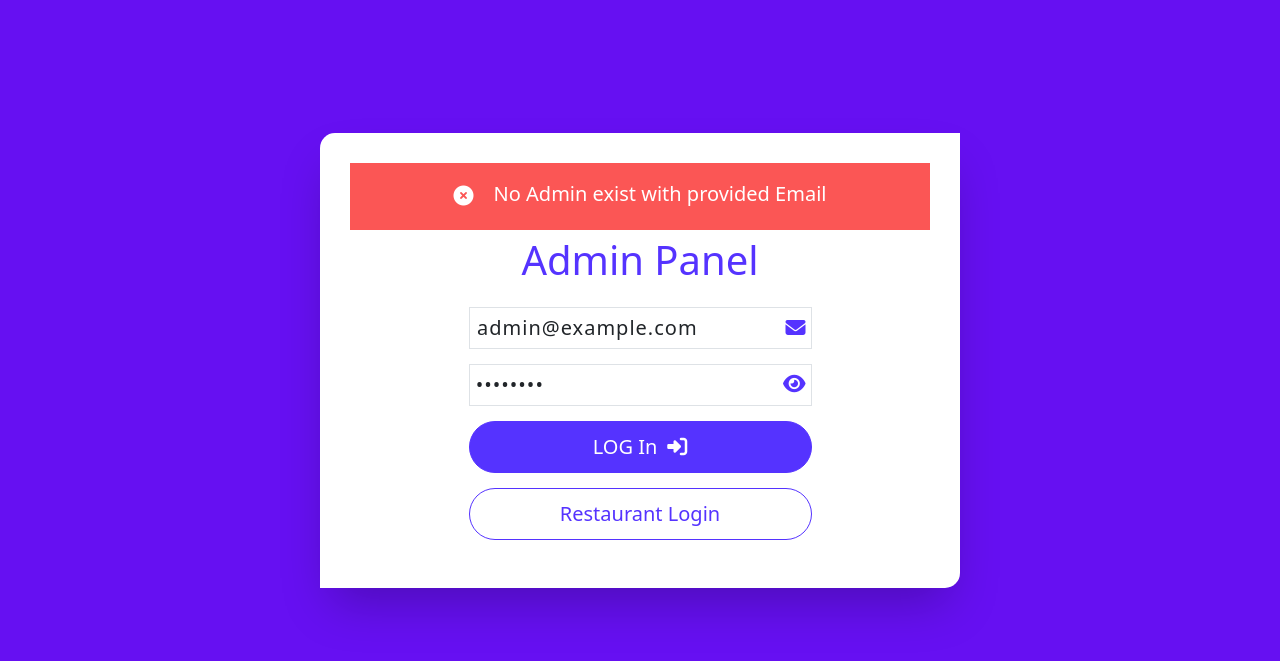
Repository: FlyweisReact/GopalAdminPanel
Page: /
An editor plug-in stored every save of this project. The page is shown before and after a run of saves, followed by the edit.
The browser window is 1280 px wide. The pictures show the whole page.
Some web libraries are served in a nearby version. The project was rebuilt for these pictures with package versions that can differ from the ones it lists, and the page was loaded fresh each time. Also part of the build but not shown: src/components/pages/Dashboard.jsx, src/vendorPanel/components/Auth.jsx, src/components/BaseUrl.jsx, src/components/pages/products/Products.jsx, src/components/pages/categories/Categories.jsx, src/components/pages/banner/Banner.jsx, src/components/pages/orders/Orders.jsx, src/components/pages/terms/Terms.jsx and 50 more. Imported but missing from the stored project, and not drawn on this page: src/components/layout/HOC.

Above is the page before, as saved 2023-04-03 13:11:10.

### public/index.html
<!DOCTYPE html>
<html lang="en">
  <head>
    <meta charset="utf-8" />
    <!-- <link rel="icon" href="%PUBLIC_URL%/favicon.png" /> -->
    <meta name="viewport" content="width=device-width, initial-scale=1" />
    <meta name="theme-color" content="#000000" />
    <meta
      name="description"
      content="Web site created using create-react-app"
    />
    <link rel="apple-touch-icon" href="%PUBLIC_URL%/favicon.ico?v=2" />

    <link rel="manifest" crossorigin="use-credentials" href="%PUBLIC_URL%/manifest.json" />
    <link href="https://fonts.googleapis.com/icon?family=Material+Icons" rel="stylesheet">
    <title>Direct Admin</title>
      <link rel="stylesheet" href="https://maxcdn.bootstrapcdn.com/bootstrap/3.4.1/css/bootstrap.min.css">
      <script src="https://ajax.googleapis.com/ajax/libs/jquery/3.6.0/jquery.min.js"></script>
      <script src="https://maxcdn.bootstrapcdn.com/bootstrap/3.4.1/js/bootstrap.min.js"></script>
      <script src="https://kit.fontawesome.com/d0cfefe1dc.js" crossorigin="anonymous"></script>
  </head>
  <body>
    <noscript>You need to enable JavaScript to run this app.</noscript>
    <div id="root"></div>
    <script src="https://code.jquery.com/jquery-3.6.0.min.js"></script>
    <script src="https://kit.fontawesome.com/b533b351e4.js" crossorigin="anonymous"></script>
  </body>
</html>

### src/index.js
import React from "react";
import ReactDOM from "react-dom/client";
import "./index.css";
import App from "./App";
import { BrowserRouter } from "react-router-dom";
import 'bootstrap/dist/css/bootstrap.min.css';

const root = ReactDOM.createRoot(document.getElementById("root"));
root.render(
  <React.StrictMode>
    <BrowserRouter>
      <App />
    </BrowserRouter>
  </React.StrictMode>
);

### src/index.css
/** @format */

@tailwind base;
@tailwind components;
@tailwind utilities;

body {
  margin: 0;
  font-family: -apple-system, BlinkMacSystemFont, "Segoe UI", "Roboto", "Oxygen",
    "Ubuntu", "Cantarell", "Fira Sans", "Droid Sans", "Helvetica Neue",
    sans-serif;
  -webkit-font-smoothing: antialiased;
  -moz-osx-font-smoothing: grayscale;
}

code {
  font-family: source-code-pro, Menlo, Monaco, Consolas, "Courier New",
    monospace;
}

/* Wcomponents */
.wcomp::-webkit-scrollbar {
  width: 0px;
}
::-webkit-scrollbar {
  width: 0px;
}

.cancel-pol h1 {
  text-align: center;
}

.cancel-pol p {
  margin-top: 200px;
  text-align: center;
  color: rgb(216, 48, 48);
}

.buttonClass {
  width: 100%;
  border-radius: 50px;
  padding: 10px;
  color: rgb(85, 51, 255);
  font-size: 20px;
  border: 1px solid rgb(85, 51, 255);
  transition: 0.5s;
}
.buttonClass:hover {
  color: #fff;
  background-color: rgb(85, 51, 255);
}
.buttonClass2 {
  width: 100%;
  border-radius: 50px;
  padding: 10px;
  color: #0d9488;
  font-size: 20px;
  border: 1px solid #0d9488;
  transition: 0.5s;
}
.buttonClass2:hover {
  color: #fff;
  background-color: #0d9488;
}
.button2 {
  background-color: rgb(85, 51, 255);
  width: 100%;
  border-radius: 50px;
  padding: 10px;
  color: #fff;
  font-size: 20px;
  border: 1px solid rgb(85, 51, 255);
  transition: 0.5s;
}
.button2:hover {
  color: rgb(85, 51, 255);
  background-color: #fff;
}
.button3 {
  background-color: #0d9488;
  width: 100%;
  border-radius: 50px;
  padding: 10px;
  color: #fff;
  font-size: 20px;
  border: 1px solid #0d9488;
  transition: 0.5s;
}
.button3:hover {
  color: #0d9488;
  background-color: #fff;
}

.main-cont {
  display: grid;
  grid-template-columns: auto auto auto;
  justify-content: space-evenly;
  gap: 20px;
  margin-top: 20px;
}
.main-cont div {
  width: 300px;
}

.centerModal{
  position: absolute;
  top: 50%;
  left: 50%;
  transform: translate(-50%, -50%);
  width: 500px;
  height: 300px;
  background-color: #fff;
  box-shadow: rgba(0, 0, 0, 0.35) 0px 5px 15px;
  color: #000;
  padding: 20px;
}
.centerModal div p {
  font-size: 16px;
}
.centerModal div input {
  width: 100%;
  border: 1px solid black;
  padding: 10px;
  font-size: 14px;
  outline: none;
}
.centerModal div select {
  width: 100%;
  border: 1px solid black;
  padding: 10px;
  font-size: 14px;
  margin-top: 10px;
  outline: none;
}
.centerModal button{
  font-size: 16px;
  margin-top: 20px;
}

.alertDiv{
  width: 100%;
  display: flex;
  gap: 20px;
  align-items: center;
  justify-content: center;
  border: 1px solid #fb5655 ;
  background-color: #fb5655;
  padding: 10px;

}
.alertDiv i{
  color: #fff;
  font-size: 20px;
}
.alertDiv p{
  font-size: 20px;
  color: #fff;
  padding-top: 5px;
}

### src/App.js
import { Routes, Route } from "react-router-dom";
import Login from "./components/forms/Login";
import Dashboard from "./components/pages/Dashboard";
import { ToastContainer } from "react-toastify";
import "react-toastify/dist/ReactToastify.css";
import Products from "./components/pages/products/Products";
import Categories from "./components/pages/categories/Categories";
import Banner from "./components/pages/banner/Banner";
import Orders from "./components/pages/orders/Orders";
import Terms from "./components/pages/terms/Terms";
import Privacy from "./components/pages/privacyPolicy/Privacy";
import Support from "./components/pages/support/Support";
import Wishlist from "./components/pages/wishlist/Wishlist";
import AddProduct from "./components/pages/products/AddProduct";
import VendorLogin from "./vendorPanel/components/forms/VendorLogin.jsx";
import VendorProducts from "./vendorPanel/components/pages/products/VendorProducts";
import VendorCategories from "./vendorPanel/components/pages/categories/VendorCategories";
import VendorOrders from "./vendorPanel/components/pages/orders/VendorOrders";
import VendorSupport from "./vendorPanel/components/pages/support/VendorSupport";
import Commission from "./vendorPanel/components/pages/commission/Commission";
import VendorReports from "./vendorPanel/components/pages/reports/VendorReports";
import VendorComplaints from "./vendorPanel/components/pages/complaints/VendorComplaints";
import VendorComments from "./vendorPanel/components/pages/comments/VendorComments";
import VendorTransactions from "./vendorPanel/components/pages/transactions/VendorTransactions";
import VendorUsers from "./vendorPanel/components/pages/users/VendorUsers";
import VendorDashboard from "./vendorPanel/components/pages/VendorDashboard";
import VendorPrivacy from "./vendorPanel/components/pages/privacyPolicy/VendorPrivacy";
import VendorFavorites from "./components/pages/favorites/VendorFavorites";
import CouponsDiscount from "./vendorPanel/components/pages/couponsDiscount/CouponsDiscount";
import Forgot from "./components/forms/Forgot";
import Vendors from "./components/pages/vendors/Vendors";
import VerifyOtp from "./components/forms/VerifyOtp";
import VendorAddProduct from "./vendorPanel/components/pages/products/VendorAddProduct";
import VendorViewProduct from "./vendorPanel/components/pages/products/VendorViewProduct";
import Payment2 from "./components/pages/paymentGateway/payment2";
import Payment3 from "./components/pages/paymentGateway/payment3";
import Notification from "./components/pages/notifications";
import Setting from "./components/pages/setting/Setting";
import Coupon from "./components/pages/coupons/Coupon";
import Signup from "./components/pages/SignUP/Signup";
import Profile from "./components/pages/profileUpdate/Profile";
import Restaurant from "./components/pages/Restaurant/Restaurant";
import Restaurantby from "./components/pages/Restaurant/Restaurantby";
import Dishes from "./components/pages/Dishes/Dishes";
import AboutUs from "./components/pages/aboutus/AboutUs";
import Users from "./components/pages/users/Users";
import ViewOrder from "./components/pages/orders/ViewOrder";
import UserTransactions from "./components/pages/orders/UserTransactions";
import PlanType from "./vendorPanel/components/pages/planType";
import MealType from "./vendorPanel/components/pages/mealType";
import VendorDishes from "./vendorPanel/components/pages/vendorDishes";
import VendorNotification from "./vendorPanel/components/pages/vendorNotification";
import CateringServices from "./components/pages/cateringServices";
import DeliveryAgents from "./components/pages/deliveryAgents";
import AdminBanner from "./components/pages/AdminBanner";
import AdminMeal from "./components/pages/AdminMeal";

function App() {

  return (
    <>
      <ToastContainer />

      <Routes>
        <Route path="/" element={<Login />} />
        <Route path="/admin/banner" element={<AdminBanner />} />
        <Route path="/dashboard" element={<Dashboard />} />
        <Route path="/orders" element={<Orders />} />
        <Route path="/admin/meals" element={<AdminMeal />} />
        <Route path="/dishes" element={<Dishes />} />
        <Route path="/payment" element={<Payment2 />} />
        <Route path="/banners" element={<Banner />} />
        <Route path="/setting" element={<Setting />} />
        <Route path="/notifications" element={<Notification />} />
        <Route path="/deliveryAgents" element={<DeliveryAgents />} />






        <Route path="/forgotPassword" element={<Forgot />} />
        <Route path="/verifyOtp" element={<VerifyOtp />} />
        <Route path="/vendors" element={<Vendors />} />
        <Route path="/products" element={<Products />} />
        <Route path="/:id/categories" element={<Categories />} />
        <Route path="/terms" element={<Terms />} />
        <Route path="/privacyPolicy" element={<Privacy />} />
        <Route path="/support" element={<Support />} />
        <Route path="/wishlist" element={<Wishlist />} />
        <Route path="/addProduct" element={<AddProduct />} />
        <Route path="/payment-3" element={<Payment3 />} />
        <Route path="/restaurant/:id/coupons" element={<Coupon />} />
        <Route path="/signup" element={<Signup />} />
        <Route path="/profile" element={<Profile />} />
        <Route path="/restaurants" element={<Restaurant />} />
        <Route path="/Restaurantby/:id" element={<Restaurantby />} />
        <Route path="/:id/dishes" element={<Dishes />} />
        <Route path="/about-us" element={<AboutUs />} />
        <Route path="/users" element={<Users />} />
        <Route path="/vieworder/:id" element={<ViewOrder />} />
        <Route path="/usertransactions/:id" element={<UserTransactions />} />



         {/* /restaurant/:id/coupons */}

        {/* ---------------Vendor Panel----------------------- */}
        <Route path="/vendorLogin" element={<VendorLogin />} />
        <Route path="/vendorDashboard" element={<VendorDashboard />} />
        <Route path="/vendorCoupons" element={<CouponsDiscount />} />


        <Route path="/vendorProducts" element={<VendorProducts />} />
        <Route path="/vendorViewProduct/:id" element={<VendorViewProduct />} />
        <Route path="/vendorAddProduct" element={<VendorAddProduct />} />
        <Route path="/vendorCategories" element={<VendorCategories />} />
        <Route path="/vendorOrders" element={<VendorOrders />} />
        <Route path="/vendorSupport" element={<VendorSupport />} />
        <Route path="/commission" element={<Commission />} />
        <Route path="/vendorReports" element={<VendorReports />} />
        <Route path="/vendorComplaints" element={<VendorComplaints />} />
        <Route path="/vendorComments" element={<VendorComments />} />
        <Route path="/vendorTransactions" element={<VendorTransactions />} />
        <Route path="/vendorUsers" element={<VendorUsers />} />
        <Route path="/vendorPrivacy" element={<VendorPrivacy />} />
        <Route path="/vendorFavorites" element={<VendorFavorites />} />
        <Route path="/vendorCommission" element={<Commission />} />
        <Route path="/vendorPlanType" element={<PlanType />} />
        <Route path="/vendorMealType" element={<MealType />} />
        <Route path="/vendorDishes" element={<VendorDishes />} />
        <Route path="/vendorNotification" element={<VendorNotification />} />
        <Route path="/cateringServices" element={<CateringServices />} />
      </Routes>
    </>
  );
}

export default App;

### src/components/forms/Login.jsx
/** @format */

import React, { useState } from "react";
import { Formik, Form, Field } from "formik";
import axios from "axios";
import { useNavigate } from "react-router-dom";
import { toast } from "react-toastify";
import { Oval } from "react-loader-spinner";
import { Alert } from "react-bootstrap";

const Login = () => {
  const [pass, setPass] = useState(false);
  const [inputpass, setInputpass] = useState(false);
  const navigate = useNavigate();
  const [loading, setLoading] = useState(false);
  const [error, setError] = useState(false);

  const login = async (values) => {
    setLoading(true);
    const url =
      "https://b7w3czz0m2.execute-api.ap-south-1.amazonaws.com/development/api/admin/login";

    try {
      const res = await axios.post(url, values);
      localStorage.setItem("direct", res.data.token);
      setLoading(false);
      navigate("/dashboard");
      toast.success("Welcome");
    } catch (err) {
      setError(true);
      console.log(err);
      setLoading(false);
    }
  };

  return (
    <>
      <div
        className="w-full h-screen flex flex-col justify-center items-center "
        style={{ backgroundColor: "#6610f2" }}
      >
        <Formik
          initialValues={{
            email: "admin@example.com",
            password: "test1234",
          }}
          onSubmit={(values) => {
            login(values);
          }}
        >
          <Form className="shadow-2xl w-96 mx-3 sm:mx-0 sm:w-4/5 md:w-4/6 lg:w-4/5 xl:w-1/2 flex flex-col items-center bg-white p-5 md:py-10 rounded-tl-3xl rounded-br-3xl">
            <div className="alertDiv">
              <i class="fa-solid fa-circle-xmark"></i>
              <p>No Admin exist with provided Email</p>
            </div>
            <span
              className=" text-center text-[rgb(85, 51, 255)]"
              style={{ fontSize: "4rem", color: "rgb(85, 51, 255)" }}
            >
              Admin Panel
            </span>
            <section className="py-7 space-y-6">
              <div
                className="sm:w-96 border border-[rgb(240,72,88)] space-x-4 flex items-center w-64  p-2"
                style={{ width: "100%" }}
              >
                <Field
                  type="email"
                  placeholder="username@gmail.com"
                  name="email"
                  required
                  className="outline-none px-1  bg-transparent tracking-wider w-full"
                  style={{ fontSize: "20px" }}
                />
                <i
                  className="fa-sharp fa-solid fa-envelope"
                  style={{ fontSize: "20px", color: "rgb(85, 51, 255)" }}
                ></i>
              </div>
              <div
                className="sm:w-96 border border-[rgb(240,72,88)] space-x-4 flex items-center w-64  p-2 "
                style={{ width: "100%" }}
              >
                <Field
                  type={inputpass ? "text" : "password"}
                  placeholder="password"
                  name="password"
                  required
                  className="outline-none px-0.5  bg-transparent tracking-wider w-full"
                  style={{ fontSize: "20px" }}
                />

                <span
                  onClick={() => {
                    setPass(!pass);
                    setInputpass(!inputpass);
                  }}
                  className="text-xl cursor-pointer hover:scale-90 "
                >
                  {pass ? (
                    <i
                      className="fa-sharp fa-solid fa-eye-slash"
                      style={{ fontSize: "20px", color: "rgb(85, 51, 255)" }}
                    ></i>
                  ) : (
                    <i
                      className="fa-solid fa-eye"
                      style={{ fontSize: "20px", color: "rgb(85, 51, 255)" }}
                    ></i>
                  )}
                </span>
              </div>
              <button type="submit" className="button2">
                {loading ? (
                  <Oval height={30} secondaryColor="black" color="black" />
                ) : (
                  <div
                    style={{
                      display: "flex",
                      alignItems: "center",
                      justifyContent: "center",
                      gap: "10px",
                    }}
                  >
                    <span>LOG In</span>
                    <i
                      className="fa-solid fa-right-to-bracket"
                      style={{ color: "#fff", fontSize: "20px" }}
                    ></i>
                  </div>
                )}
              </button>
              <button
                type="button"
                onClick={() => navigate("/vendorLogin")}
                className="buttonClass"
              >
                Restaurant Login
              </button>
            </section>
          </Form>
        </Formik>
      </div>
    </>
  );
};

export default Login;

Loaded but not shown: tailwind.config.js (common file)

After the next 3 saves:
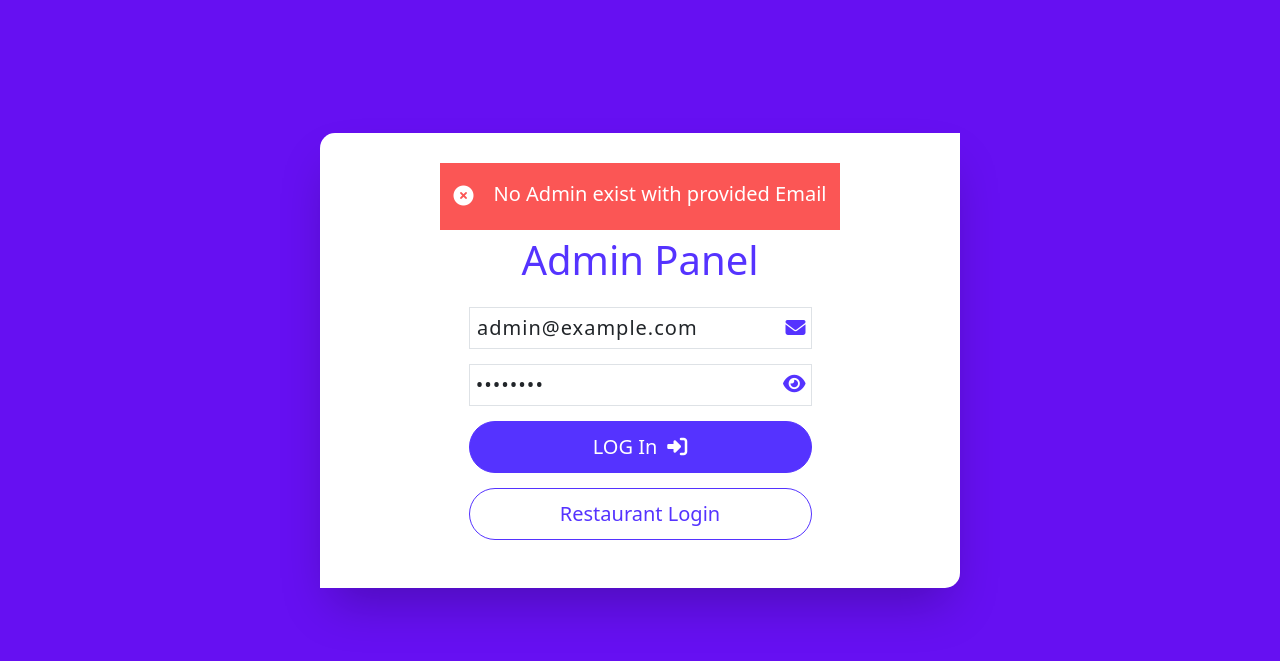
The 3 saves are shown as one change because they came seconds apart.
The last was saved 9 s later.
--- a/src/index.css
+++ b/src/index.css
@@ -138,7 +138,7 @@ code {
 }
 
 .alertDiv{
-  width: 100%;
+  width: 400px;
   display: flex;
   gap: 20px;
   align-items: center;
